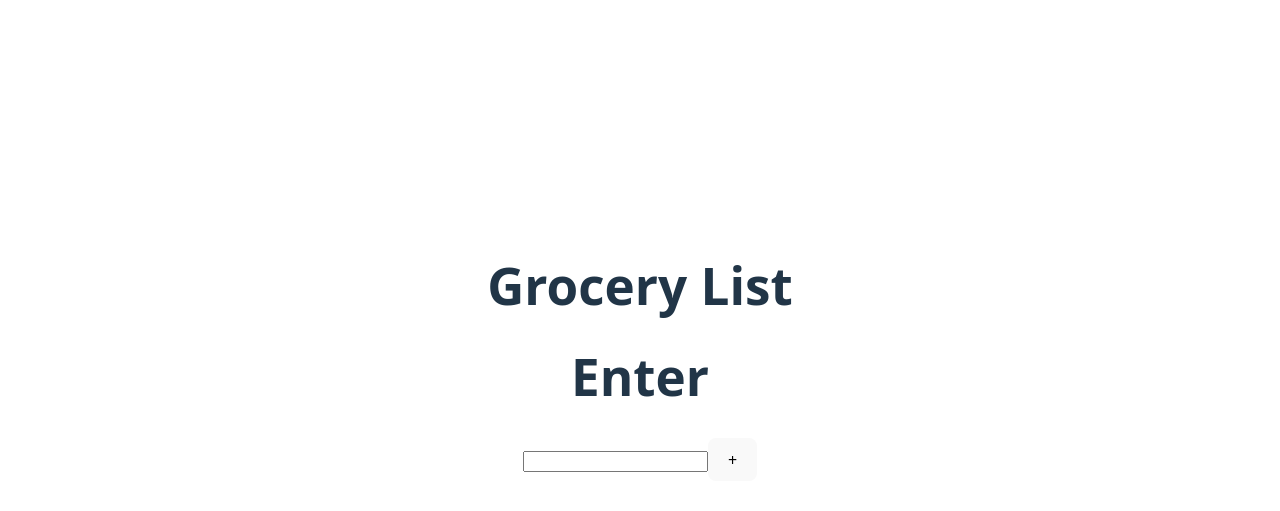
Repository: JuliaW05/CS491
Page: / (app in GroceryList/)
These files come from the project's save history. The page is drawn as it stood at one moment and after a run of saves; the edit follows.
The browser window is 1280 px wide. The pictures show the whole page.
The project was rebuilt for these pictures with package versions that can differ from the ones it lists, and the page was loaded fresh each time. Also part of the build but not shown: GroceryList/vite.config.js.

Above is the page before, as saved 2026-03-04 23:23:34.

### GroceryList/index.html
<!doctype html>
<html lang="en">
  <head>
    <meta charset="UTF-8" />
    <link rel="icon" type="image/svg+xml" href="/vite.svg" />
    <meta name="viewport" content="width=device-width, initial-scale=1.0" />
    <title>grocery-list</title>
  </head>
  <body>
    <div id="root"></div>
    <script type="module" src="/src/main.jsx"></script>
  </body>
</html>

### GroceryList/src/App.jsx
import { useState } from "react";
import "./App.css";
import GroceryList from "./GroceryList";

function App() {
  return (
    <>
      <h1>Grocery List</h1>
      <div>
        <GroceryList></GroceryList>
      </div>
    </>
  );
}

export default App;

### GroceryList/src/GroceryList.jsx
import "./App.css";
import { useState } from "react";

const GroceryList = () => {
  const [list, setList] = useState([]);
  const [item, setItem] = useState("");

  const addItem = () => {
    setList([...list, item]);
    setItem("");
  };

  return (
    <div>
        <h1>Enter </h1>
      <input
        type="text"
        value={item}
        onChange={(e) => setItem(e.target.value)} />
      <button onClick={addItem}>+</button>

      <ul>
        {" "}
        {list.map((i, index) => (
          <li key={index}>{i}</li>
        ))}
      </ul>
    </div>
  );
};

export default GroceryList;

Loaded but not shown: GroceryList/src/main.jsx (common file); GroceryList/src/index.css (common file); GroceryList/src/App.css (common file)

After the next 3 saves:
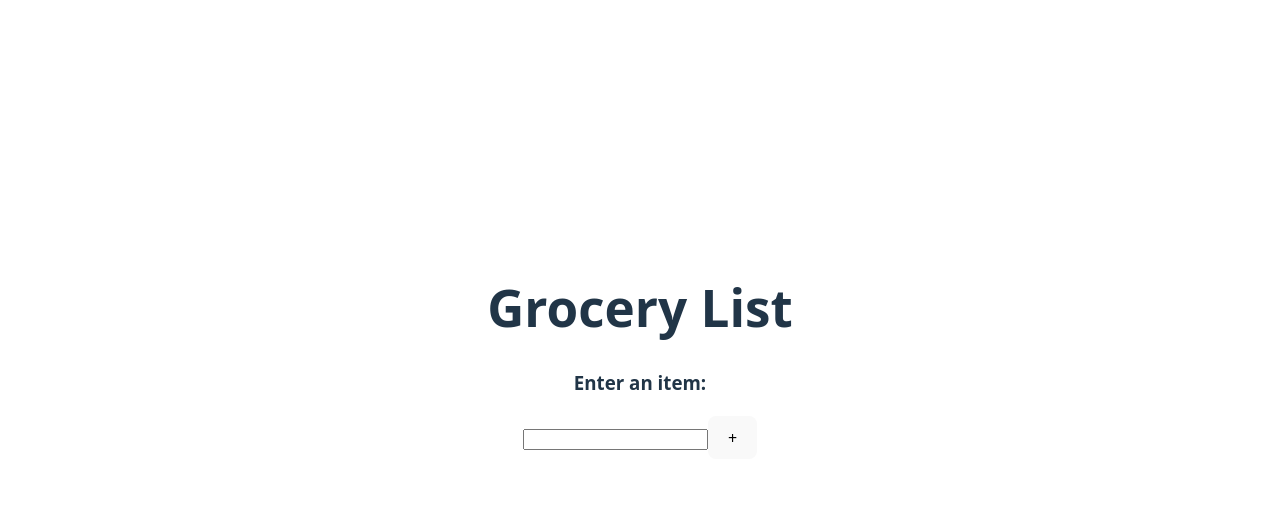
The 3 saves are shown as one change because they came seconds apart.
The last was saved 10 s later.
--- a/GroceryList/src/GroceryList.jsx
+++ b/GroceryList/src/GroceryList.jsx
@@ -12,7 +12,7 @@ const GroceryList = () => {
 
   return (
     <div>
-        <h1>Enter </h1>
+        <h3>Enter an item:</h3>
       <input
         type="text"
         value={item}
